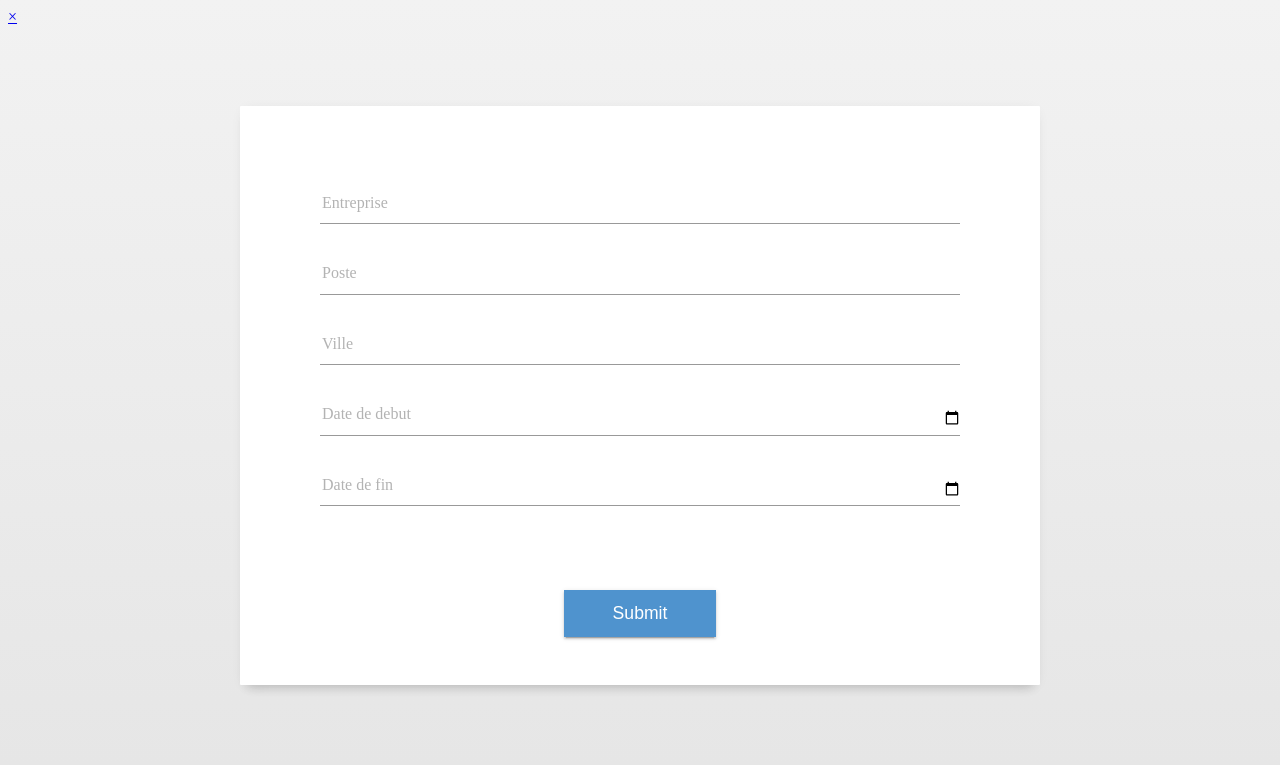
Repository: moAllElite/Examen-EJB-WEB-EAR
Page: http://localhost/SearchJobsWeb/views/resume/popup.jsp
These files come from the project's save history. The page is drawn as it stood at one moment and after the next save; the edit follows.
The browser window is 1280 px wide. The pictures show the whole page.
Some web libraries are served in a nearby version. The page is served by Tomcat 9. Nobody is signed in. The application's start-up code is not run.

Above is the page before, as saved 2023-03-28 15:30:10.

After the next save:
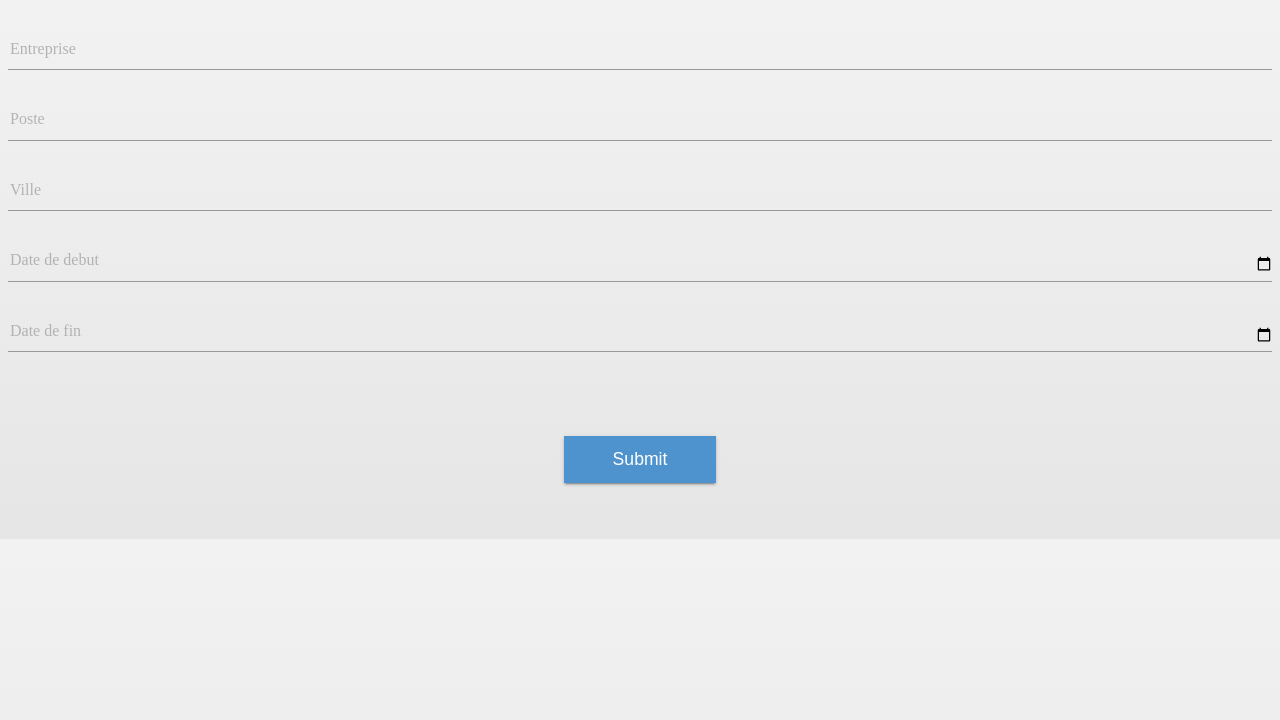
Saved 21 s later.
--- a/SearchJobsWeb/src/main/webapp/views/resume/popup.jsp
+++ b/SearchJobsWeb/src/main/webapp/views/resume/popup.jsp
@@ -8,10 +8,7 @@
 
 	</head>
 		<body>
-				<div id="google" class="modaloverlay">
-					  <div class="modal">
-					    <a href="#close" class="close">&times;</a>
-						<div class="container">
+
 
 							    <div class="form-group">
 							      <input type="text" required="required" name="societe"/>
